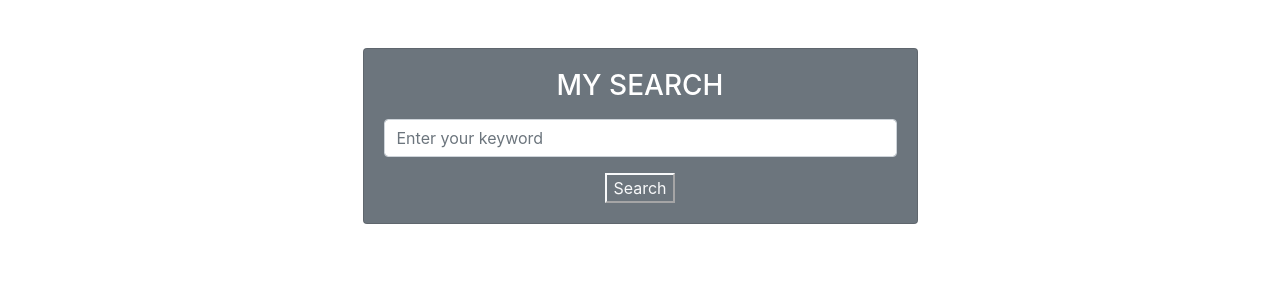
Repository: Himanshu-GitRepo/SpringMVCDurgesh
Page: http://localhost/springmvcsearch/home
These files come from the project's save history. The page is drawn as it stood at one moment and after the next save; the edit follows.
The browser window is 1280 px wide. The pictures show the whole page.
Some web libraries are served in a nearby version. The page is served by Tomcat 9.

Above is the page before, as saved 2021-11-24 08:09:23.

### springmvcsearch/src/main/webapp/WEB-INF/spring-servlet.xml
<?xml version="1.0" encoding="UTF-8"?>
<beans xmlns="http://www.springframework.org/schema/beans"
	xmlns:context="http://www.springframework.org/schema/context"
	xmlns:xsi="http://www.w3.org/2001/XMLSchema-instance"
	xmlns:p="http://www.springframework.org/schema/p"
	xmlns:tx="http://www.springframework.org/schema/tx"
	xsi:schemaLocation="
        http://www.springframework.org/schema/beans
        http://www.springframework.org/schema/beans/spring-beans.xsd
        http://www.springframework.org/schema/context
        http://www.springframework.org/schema/context/spring-context.xsd
        http://www.springframework.org/schema/tx
        http://www.springframework.org/schema/tx/spring-tx.xsd
        ">

	<context:component-scan base-package="springmvcsearch"></context:component-scan>

	<bean
		class="org.springframework.web.servlet.view.InternalResourceViewResolver"
		name="viewResolver">

		<property name="prefix" value="/WEB-INF/views/" />
		<property name="suffix" value=".jsp"></property>
	</bean>

</beans>

### springmvcsearch/src/main/webapp/WEB-INF/views/home.jsp
<!doctype html>
<html lang="en">
<head>
<!-- Required meta tags -->
<meta charset="utf-8">
<meta name="viewport"
	content="width=device-width, initial-scale=1, shrink-to-fit=no">

<!-- Bootstrap CSS -->
<link rel="stylesheet"
	href="https://maxcdn.bootstrapcdn.com/bootstrap/4.0.0/css/bootstrap.min.css"
	integrity="sha384-Gn5384xqQ1aoWXA+058RXPxPg6fy4IWvTNh0E263XmFcJlSAwiGgFAW/dAiS6JXm"
	crossorigin="anonymous">

<title>Hello, world!</title>
</head>
<body>

	<div class="container">

		<div class="card mx-auto mt-5 bg-secondary" style="width: 50%;">
			<div class="card-body">

			<h3 class="text-center text-white" style="text-transform: uppercase">My Search</h3>

				<form class=mt-3>

					<div class="form-group">

						<input type="text" name="querybox"
							placeholder="Enter your keyword" class="form-control" />

					</div>

					<div class="container text-center">
					<button class="btn-outline-light">Search</button>
					</div>

				</form>

			</div>
		</div>

	</div>

	<!-- Optional JavaScript -->
	<!-- jQuery first, then Popper.js, then Bootstrap JS -->
	<script src="https://code.jquery.com/jquery-3.2.1.slim.min.js"
		integrity="sha384-KJ3o2DKtIkvYIK3UENzmM7KCkRr/rE9/Qpg6aAZGJwFDMVNA/GpGFF93hXpG5KkN"
		crossorigin="anonymous"></script>
	<script
		src="https://cdnjs.cloudflare.com/ajax/libs/popper.js/1.12.9/umd/popper.min.js"
		integrity="sha384-ApNbgh9B+Y1QKtv3Rn7W3mgPxhU9K/ScQsAP7hUibX39j7fakFPskvXusvfa0b4Q"
		crossorigin="anonymous"></script>
	<script
		src="https://maxcdn.bootstrapcdn.com/bootstrap/4.0.0/js/bootstrap.min.js"
		integrity="sha384-JZR6Spejh4U02d8jOt6vLEHfe/JQGiRRSQQxSfFWpi1MquVdAyjUar5+76PVCmYl"
		crossorigin="anonymous"></script>
</body>
</html>

### springmvcsearch/src/main/java/springmvcsearch/SearchController.java
package springmvcsearch;

import org.springframework.stereotype.Controller;
import org.springframework.web.bind.annotation.RequestMapping;

@Controller
public class SearchController {

	@RequestMapping("/home")
	public String home() {
		System.out.println("going to home view..");
		return "home";
	}

}

After the next save:
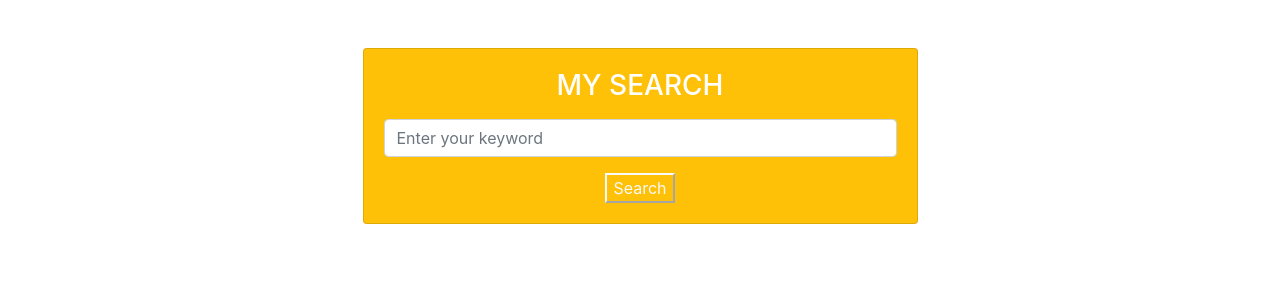
Saved 2 min 31 s later.
--- a/springmvcsearch/src/main/webapp/WEB-INF/views/home.jsp
+++ b/springmvcsearch/src/main/webapp/WEB-INF/views/home.jsp
@@ -18,7 +18,7 @@
 
 	<div class="container">
 
-		<div class="card mx-auto mt-5 bg-secondary" style="width: 50%;">
+		<div class="card mx-auto mt-5 bg-warning" style="width: 50%;">
 			<div class="card-body">
 
 			<h3 class="text-center text-white" style="text-transform: uppercase">My Search</h3>
